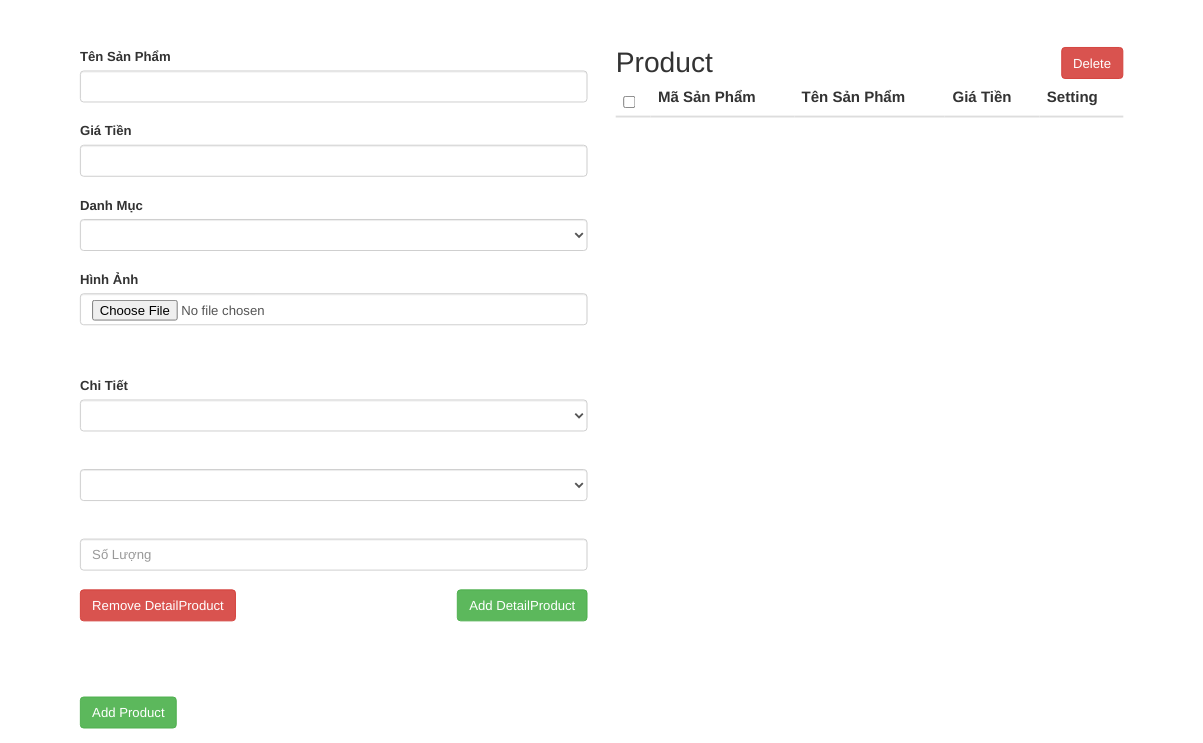
Repository: tiendungnguyen738/shoponline
Page: http://localhost/shoponline/WEB-INF/views/Product_Admin.jsp
An editor plug-in stored every save of this project. The page is shown before and after the next save, followed by the edit.
The browser window is 1280 px wide. The pictures show the whole page, at 94% of full size.
Some web libraries are served in a nearby version. The page is served by Tomcat 9. Nobody is signed in. Other server files are loaded and not shown. The template is opened directly, without the code that normally fills it, so the values that code supplies are empty.

Above is the page before, as saved 2019-09-23 13:55:50.

### shoponline/src/main/webapp/WEB-INF/views/Product_Admin.jsp
<%@ taglib prefix="c" uri="http://java.sun.com/jsp/jstl/core" %>
<%@ page contentType="text/html;charset=UTF-8" language="java" %>

<html>
<head>
    <title>Product-Manage</title>
    <meta charset="utf-8">
    <link rel="stylesheet" href="https://maxcdn.bootstrapcdn.com/bootstrap/3.4.0/css/bootstrap.min.css">
   	<link rel="stylesheet" href="<c:url value='/resources/admin/product-admin.css'/>"/>
</head>
<body>
    <div class="container" style="margin-top: 50px;">

            <div class="col-md-6 col-sm-12 form-group">
                <form id="form-sanpham">
                    <label>Tên Sản Phẩm</label>
                    <input type="text" class="form-control" id="tenSanPham" name="tenSanPham"></br>

                    <label>Giá Tiền</label>
                    <input type="text" class="form-control" id="giaTien" name="giaTien"></br>

                    <label for="danhmucsanpham">Danh Mục</label><br>
                    <select id="danhmucsanpham" name="danhmucsanpham" class="form-control">
                       <c:forEach items="${categoryList}" var="categoryList">
                            <option value="${categoryList.category_id}">${categoryList.category_name}</option>
                        </c:forEach>
                    </select><br/>

                    <label>Hình Ảnh</label>
                    <input type="file" class="form-control" id="uploadhinhanh" name="uploadhinhanh"></br>
					<br/>
                </form>
                    <div id="containerChitietsanpham">

                        <div class="chitietsanpham">
                            <label>Chi Tiết</label></br>

                            <select name="size" class="form-control">
                                 <c:forEach items="${sizeList}" var="sizeList">
                                    <option value="${sizeList.id}">${sizeList.sizeName}</option>
                                </c:forEach>
                            </select></br></br>

                            <select name="mau" class="form-control">
                                 <c:forEach items="${colorList}" var="colorList">
                                    <option value="${colorList.id}">${colorList.colorName}</option>
                                </c:forEach>
                            </select></br></br>

                            <input type="number" name="soluong" class="form-control" placeholder="Số Lượng"/></br>
                            <button type="button" class="btn btn-danger btn-remove" style="display: inline;">Remove DetailProduct</button>
                            <button type="button" class="btn btn-success btn-detail" style="float:right;display: inline;">Add DetailProduct</button></br>
                        </div></br></br>
                    </div>

                        <div class="chitietsanpham" id="idChiTietSanPham">
                            <label>Chi Tiết</label></br>

                            <select name="size" class="form-control" id="size1">
                                <c:forEach items="${sizeList}" var="sizeList">
                                    <option value="${sizeList.id}">${sizeList.sizeName}</option>
                                </c:forEach>
                            </select></br></br>

                            <select name="mau" class="form-control" id="mau1">
                                 <c:forEach items="${colorList}" var="colorList">
                                    <option value="${colorList.id}">${colorList.colorName}</option>
                                </c:forEach>
                            </select></br></br>

                            <input type="number" name="soluong" id="soLuong1" class="form-control" placeholder="Số Lượng"/></br>
                            <button type="button" class="btn btn-danger btn-remove" style="display: inline;">Remove DetailProduct</button>
                            <button type="button" class="btn btn-success btn-detail" style="float:right;display: inline;">Add DetailProduct</button></br><br/>
                            <button type="button" class="btn btn-dark hide" id="cancel">Cancel</button>
                            <button type="button" class="btn btn-primary hide capNhatSanPham" id="capNhatSanPham">Update Product</button>
                        </div></br></br>
                    <button id="btn-themSanPham" type="button" class="btn btn-success">Add Product</button>

            </div>
        <div class="col-md-6 col-sm-12">
            <div>
                <h2 style="display: inline;">Product</h2>
                <button type="button" class="btn btn-danger" id="button-delete" style="float:right;display: inline;">Delete</button>
            </div>
            <table class="table table-hover" id="table-product">
                <thead>
                <tr>
                    <th><input type="checkbox" class="AllCheckBox" id="allBox"></th>
                    <th>Mã Sản Phẩm</th>
                    <th>Tên Sản Phẩm</th>
                    <th>Giá Tiền</th>
                    <th>Setting</th>
                </tr>
                </thead>
                <tbody>
             <c:forEach items="${productList1}" var="pro">
                    <tr>
                        <td><input type="checkbox" value="${pro.id}" name="sport"/></td>
                        <td>${pro.id}</td>
                        <td>${pro.productName}</td>
                        <td>${pro.price}</td>
                        <td><button type="button" class="btn btn-warning" value="${pro.id}" id="editProduct">Edit</button></td>
                    </tr>
                </c:forEach>
                </tbody>
            </table>
            <ul style="display: inline;list-style-type: none;" class="pagination">
                <c:forEach begin="1" end="${tongSoTrang}" var="trangThu">
                     <li style="display: inline;margin-left: -6%;" class="page-item">
                         <a href="/shoponline/admin-product/${trangThu}" class="page" style="padding: 7px 10px;border-radius: 5px; border:1px blue solid;"><c:out value="${trangThu}"/></a>
                     </li>
                </c:forEach>
            </ul>
        </div>
    </div>
</body>

<script src="http://code.jquery.com/jquery-1.9.1.js"></script>
<script src="http://malsup.github.com/jquery.form.js"></script>
<script type="text/javascript" src="<c:url value='/resources/js/productManage.js'/>"></script>

</html>

### shoponline/src/main/webapp/resources/admin/product-admin.css
#idChiTietSanPham{
	display:none;
}

Loaded but not shown: shoponline/src/main/webapp/resources/js/productManage.js (no copy from this time; the picture is the same without it)

After the next save:
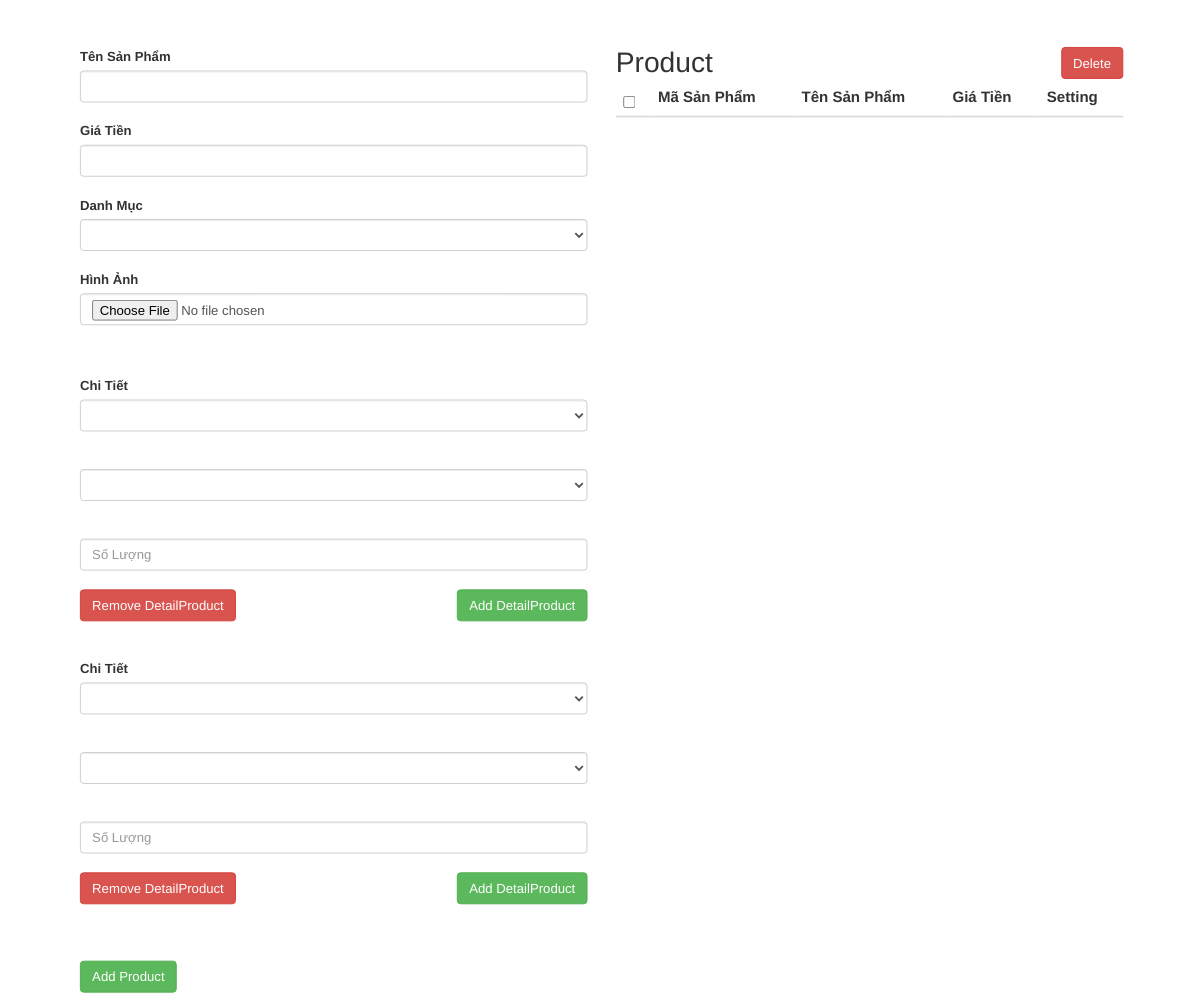
Saved 9 min 39 s later.
--- a/shoponline/src/main/webapp/resources/admin/product-admin.css
+++ b/shoponline/src/main/webapp/resources/admin/product-admin.css
@@ -1,3 +1,3 @@
 #idChiTietSanPham{
-	display:none;
+	/* display:none; */
 }

After the save that followed:
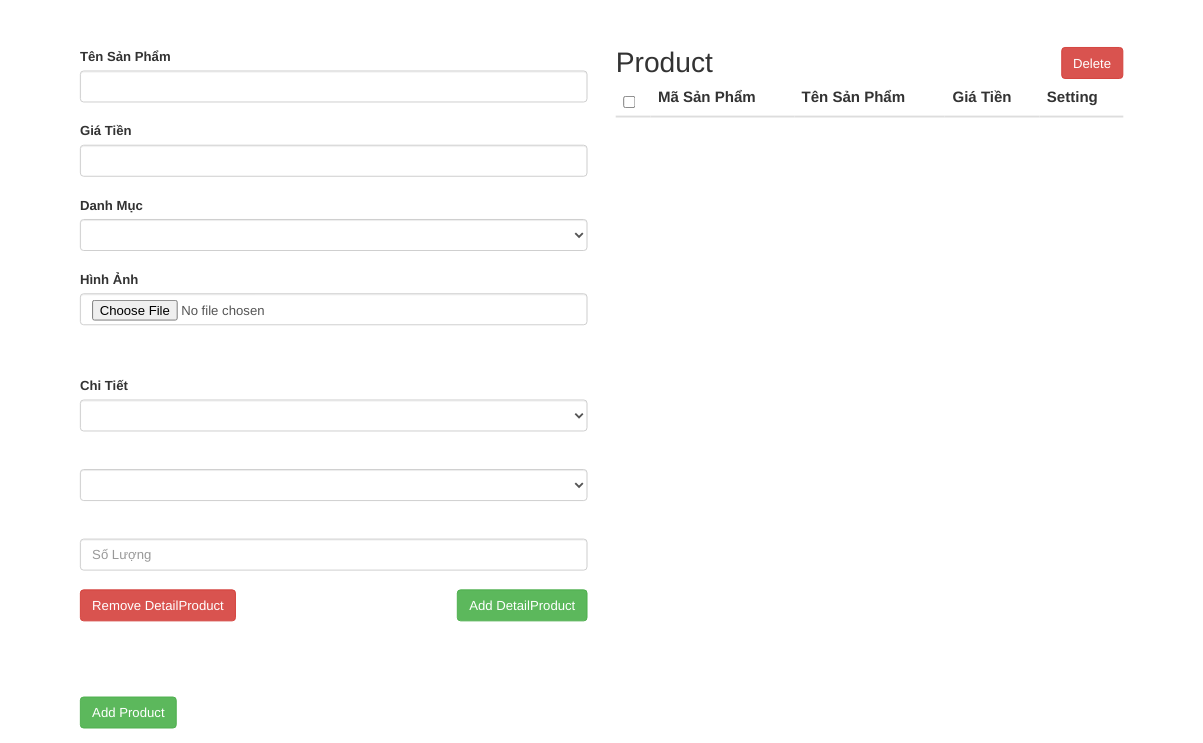
Saved 33 s later.
--- a/shoponline/src/main/webapp/resources/admin/product-admin.css
+++ b/shoponline/src/main/webapp/resources/admin/product-admin.css
@@ -1,3 +1,3 @@
 #idChiTietSanPham{
-	/* display:none; */
+	 display:none;
 }
